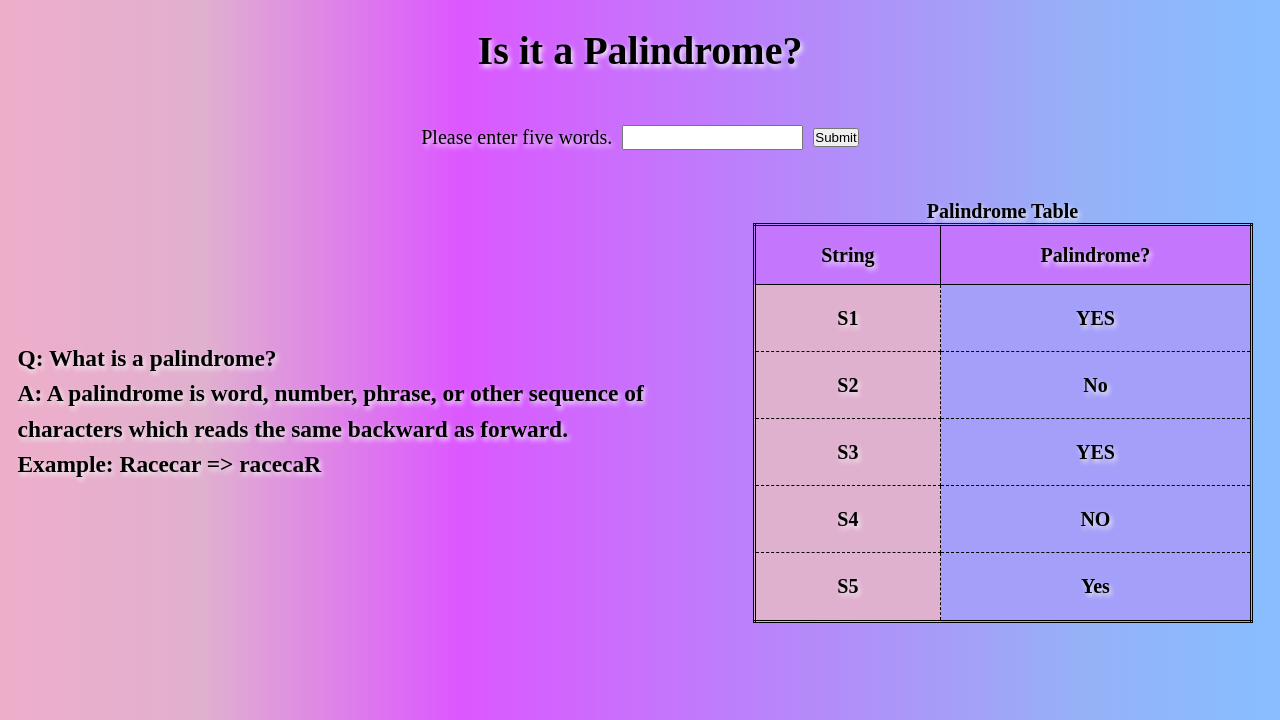
Repository: mlmEFSC21/P18-Palindrome-Table
Page: palindrome.html
These files come from the project's save history. The page is drawn as it stood at one moment and after the next save; the edit follows.
The browser window is 1280 px wide. The pictures show the whole page.

Above is the page before, as saved 2022-04-04 14:20:37.

After the next save:
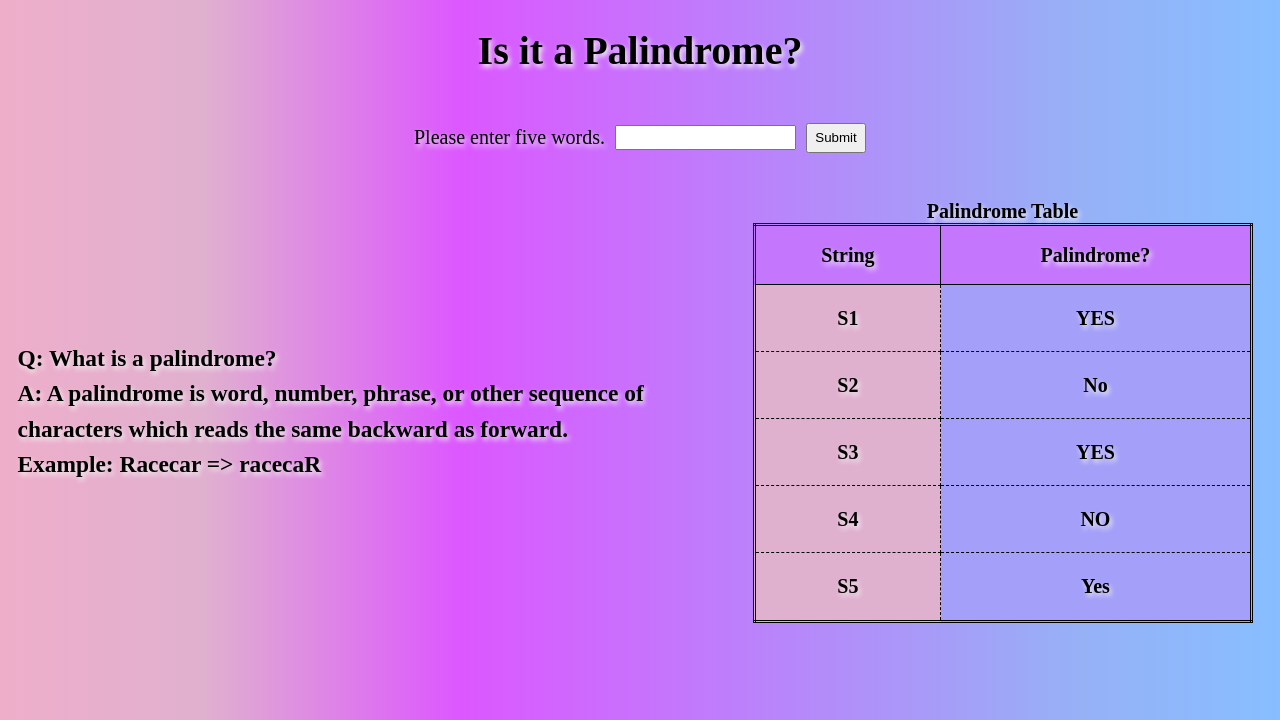
Saved 3 min 29 s later.
--- a/palindrome.css
+++ b/palindrome.css
@@ -42,6 +42,10 @@ input {
     margin: 10px;
     height: 25px;
 }
+button {
+    height: 30px;
+    width: 60px;
+}
 .tableContainer {
     display: flex;
     justify-content: space-around;
